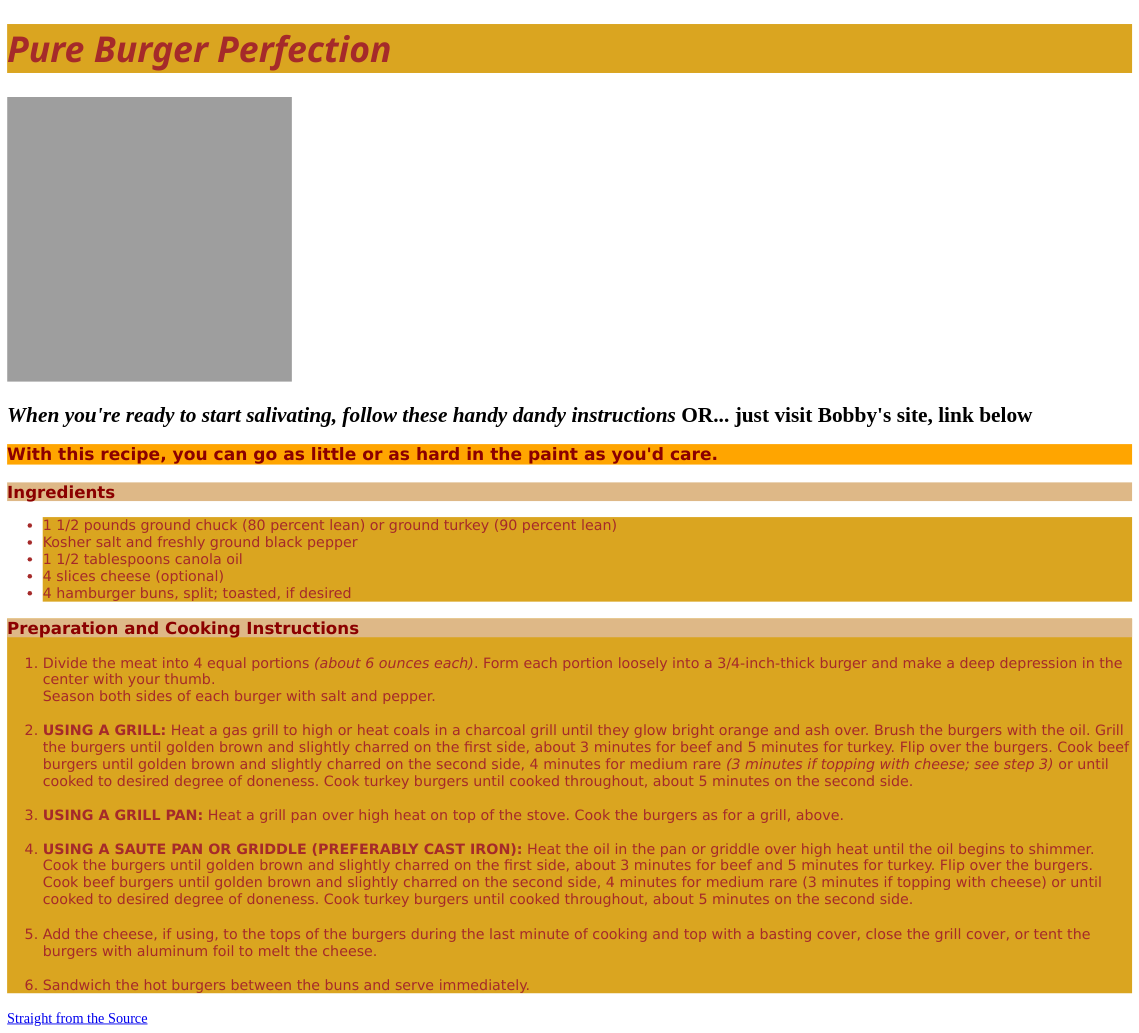
Repository: Spencertainty/practice-time
Page: member-spencer-odin-recipes/recipes/hamburgers.html
An editor plug-in stored every save of this project. The page is shown before and after the next save, followed by the edit.
The browser window is 1280 px wide. The pictures show the whole page, at 89% of full size.
Pictures or frames that could not be fetched are drawn as grey boxes.

Above is the page before, as saved 2024-01-10 15:53:40.

### member-spencer-odin-recipes/recipes/hamburgers.html
<!DOCTYPE html>
<!--[if lt IE 7]>      <html class="no-js lt-ie9 lt-ie8 lt-ie7"> <![endif]-->
<!--[if IE 7]>         <html class="no-js lt-ie9 lt-ie8"> <![endif]-->
<!--[if IE 8]>         <html class="no-js lt-ie9"> <![endif]-->
<!--[if gt IE 8]>      <html class="no-js"> <!--<![endif]-->
<html>
    <head>
        <meta charset="utf-8">
        <meta http-equiv="X-UA-Compatible" content="IE=edge">
        <title>hamburgers</title>
        <meta name="description" content="">
        <meta name="viewport" content="width=device-width, initial-scale=1">
        <link rel="stylesheet" href="burger.css">
    </head>

    <body>
        <!--[if lt IE 7]>
            <p class="browsehappy">You are using an <strong>outdated</strong> browser. Please <a href="#">upgrade your browser</a> to improve your experience.</p>
        <![endif]-->
        <h1><b>Pure Burger Perfection</b></h1>

<img src="../links-and-images/Cheeseburger.jpg" alt="the perfect burger" height="320" width="320">
<br>
<h2><em>When you're ready to start salivating, follow these handy dandy instructions</em> OR... just visit Bobby's site, link below</h2>
<p>With this recipe, you can go as little or as hard in the paint as you'd care.</p>
<h3>Ingredients</h3>
<ul>
    <div>
    <li>1 1/2 pounds ground chuck (80 percent lean) or ground turkey (90 percent lean) </li>
    <li>Kosher salt and freshly ground black pepper</li>
    <li>1 1/2 tablespoons canola oil</li>
    <li>4 slices cheese (optional)</li>
    <li>4 hamburger buns, split; toasted, if desired</li>
</div>
</ul>
<div>
<h3>Preparation and Cooking Instructions</h3>
<ol>
    <li>Divide the meat into 4 equal portions <em>(about 6 ounces each)</em>. Form each portion loosely into a 3/4-inch-thick burger and make a deep depression in the center with your thumb.
        <br>Season both sides of each burger with salt and pepper.</br></li>
    <p>

    </p><li><strong> USING A GRILL:</strong> Heat a gas grill to high or heat coals in a charcoal grill until they glow bright orange and ash over.
        Brush the burgers with the oil. Grill the burgers until golden brown and slightly charred on the first side, about 3 minutes for beef and 5 minutes for turkey.
        Flip over the burgers. Cook beef burgers until golden brown and slightly charred on the second side, 4 minutes for medium rare <em>(3 minutes if topping with cheese; see step 3)</em> or until cooked to desired degree of doneness.
        Cook turkey burgers until cooked throughout, about 5 minutes on the second side.</li>
    <p>    <li><b>USING A GRILL PAN:</b> Heat a grill pan over high heat on top of the stove. Cook the burgers as for a grill, above.</li></p>
    <li><strong> USING A SAUTE PAN OR GRIDDLE (PREFERABLY CAST IRON):</strong> Heat the oil in the pan or griddle over high heat until the oil begins to shimmer. Cook the burgers until golden brown and slightly charred on the first side, about 3 minutes for beef and 5 minutes for turkey.
        Flip over the burgers. Cook beef burgers until golden brown and slightly charred on the second side, 4 minutes for medium rare (3 minutes if topping with cheese) or until cooked to desired degree of doneness. Cook turkey burgers until cooked throughout, about 5 minutes on the second side.</li>
        <p><li>Add the cheese, if using, to the tops of the burgers during the last minute of cooking and top with a basting cover, close the grill cover, or tent the burgers with aluminum foil to melt the cheese.</p></li>
    <p><li>Sandwich the hot burgers between the buns and serve immediately.</li>        </p>
    </ol>
</div>
        <a href="https://www.foodnetwork.com/recipes/bobby-flay/perfect-burger-recipe-1957542" target="_blank" rel="noopener noreferrer">Straight from the Source</a>
        <script src="" async defer></script>

    </body>
</html>

### member-spencer-odin-recipes/recipes/burger.css
/* Apply Font Color to Title */

div {
    color: brown;
    background-color: goldenrod;
    text-align: left;
    font-family: Verdana, Geneva, Tahoma, sans-serif;
}

h1 {
    font-style: italic;
    font-family: 'Segoe UI', Tahoma, Geneva, Verdana, sans-serif;
    color: brown;
    font-size: 40px;
    background-color: goldenrod;
}

h2 {

}
h3 {
    font-family: 'Lucida Sans', 'Lucida Sans Regular', 'Lucida Grande', 'Lucida Sans Unicode', Geneva, Verdana, sans-serif;
    color: darkred;
    background-color: burlywood;

}

p {font-family: 'Lucida Sans', 'Lucida Sans Regular', 'Lucida Grande', 'Lucida Sans Unicode', Geneva, Verdana, sans-serif;
    color: darkred;
    background-color: orange;
    font-weight: bolder;
    font-size: larger;
}

After the next save:
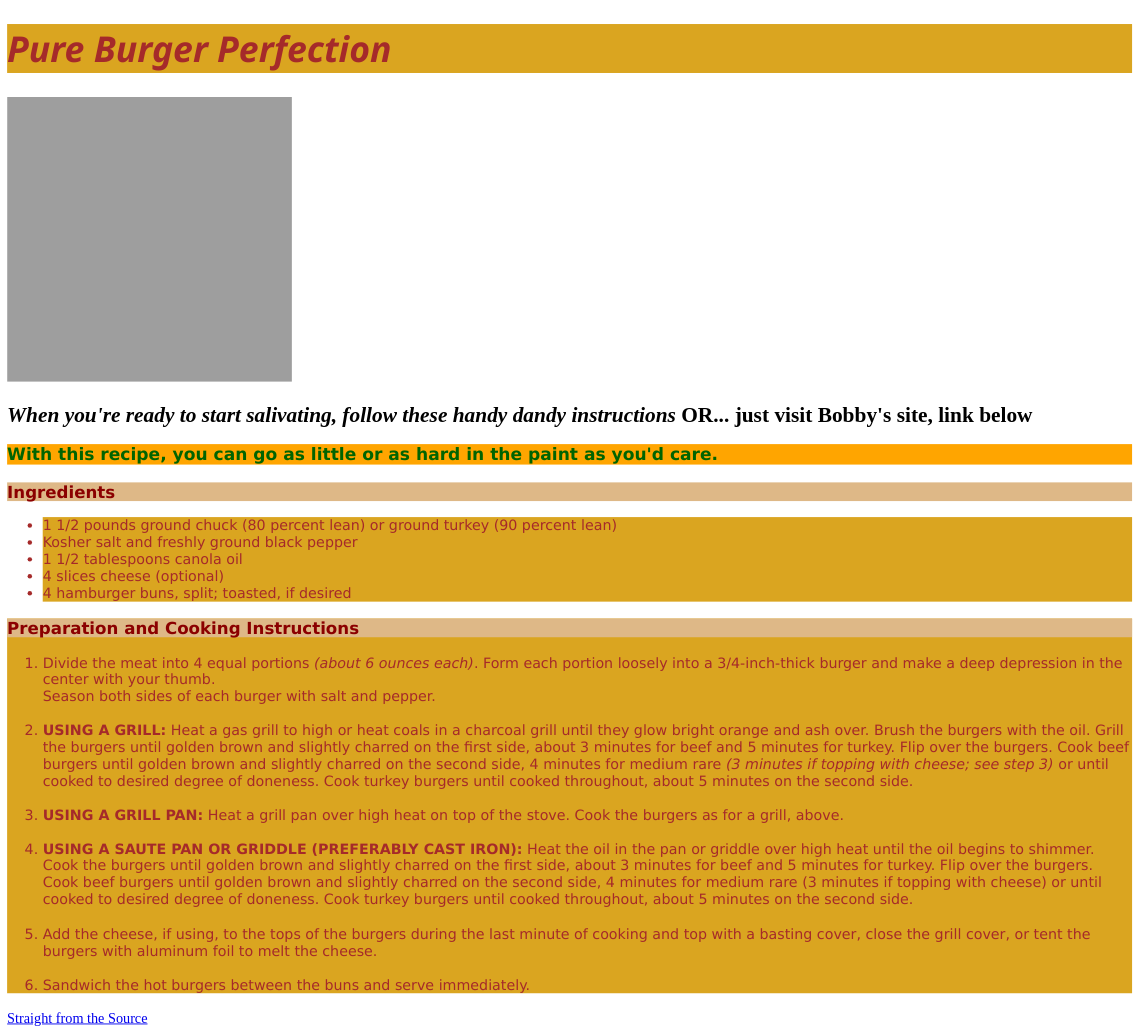
Saved 27 s later.
--- a/member-spencer-odin-recipes/recipes/burger.css
+++ b/member-spencer-odin-recipes/recipes/burger.css
@@ -26,7 +26,7 @@ h3 {
 }
 
 p {font-family: 'Lucida Sans', 'Lucida Sans Regular', 'Lucida Grande', 'Lucida Sans Unicode', Geneva, Verdana, sans-serif;
-    color: darkred;
+    color: darkgreen;
     background-color: orange;
     font-weight: bolder;
     font-size: larger;
